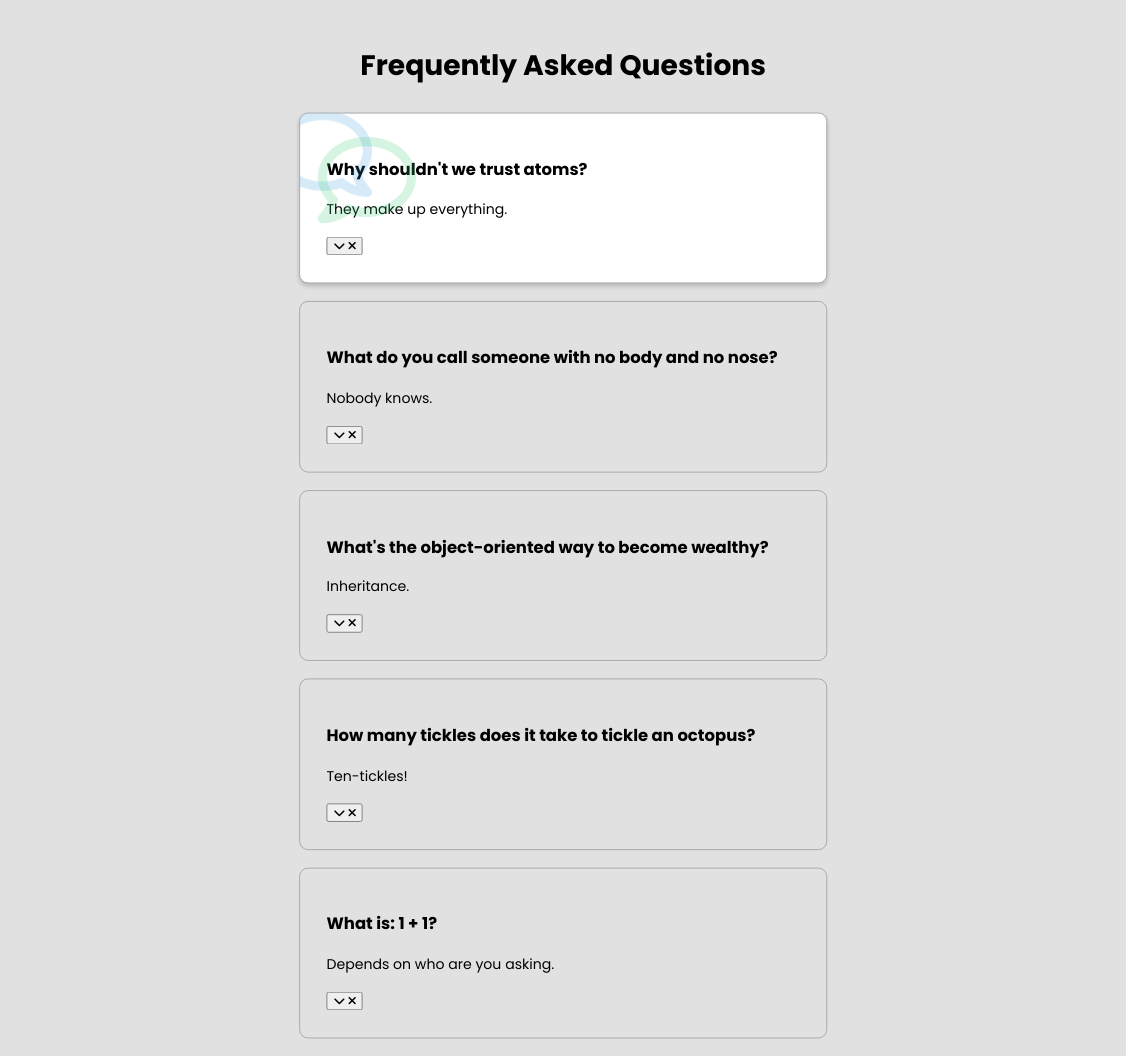
Repository: huynhvanngoan/50projectsin50days
Page: Day12/index.html
An editor plug-in stored every save of this project. The page is shown before and after the next save, followed by the edit.
The browser window is 1280 px wide. The pictures show the whole page, at 88% of full size.

Above is the page before, as saved 2022-11-14 23:14:56.

After the next save:
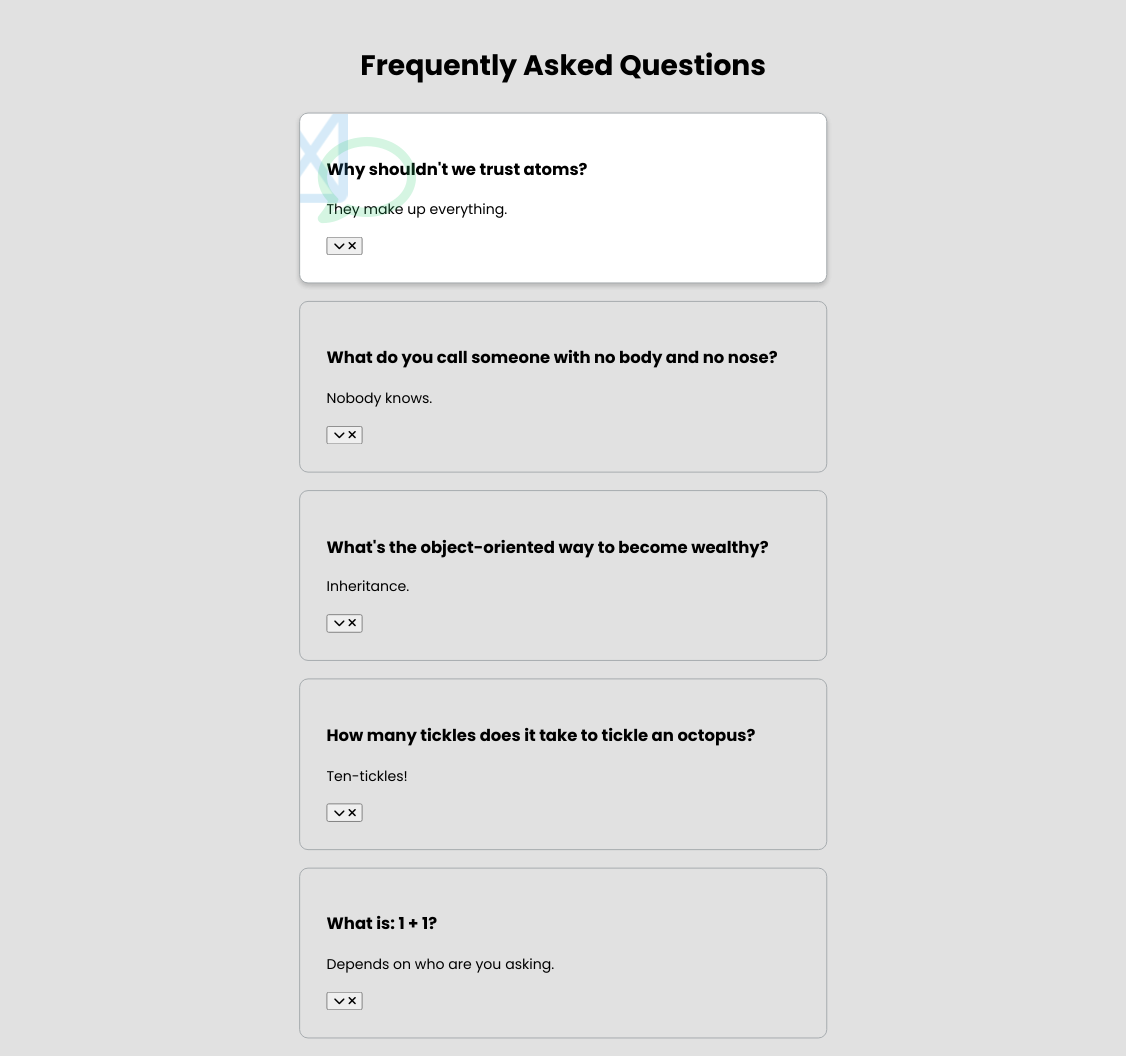
Saved 4 s later.
--- a/Day12/style.css
+++ b/Day12/style.css
@@ -44,7 +44,7 @@
     z-index: 0;
 }
 .faq.active::before{
-    content: '\f075';
+    content: '\f076';
     color: #3498db;
     top: -10px;
     left: -30px;

After the save that followed:
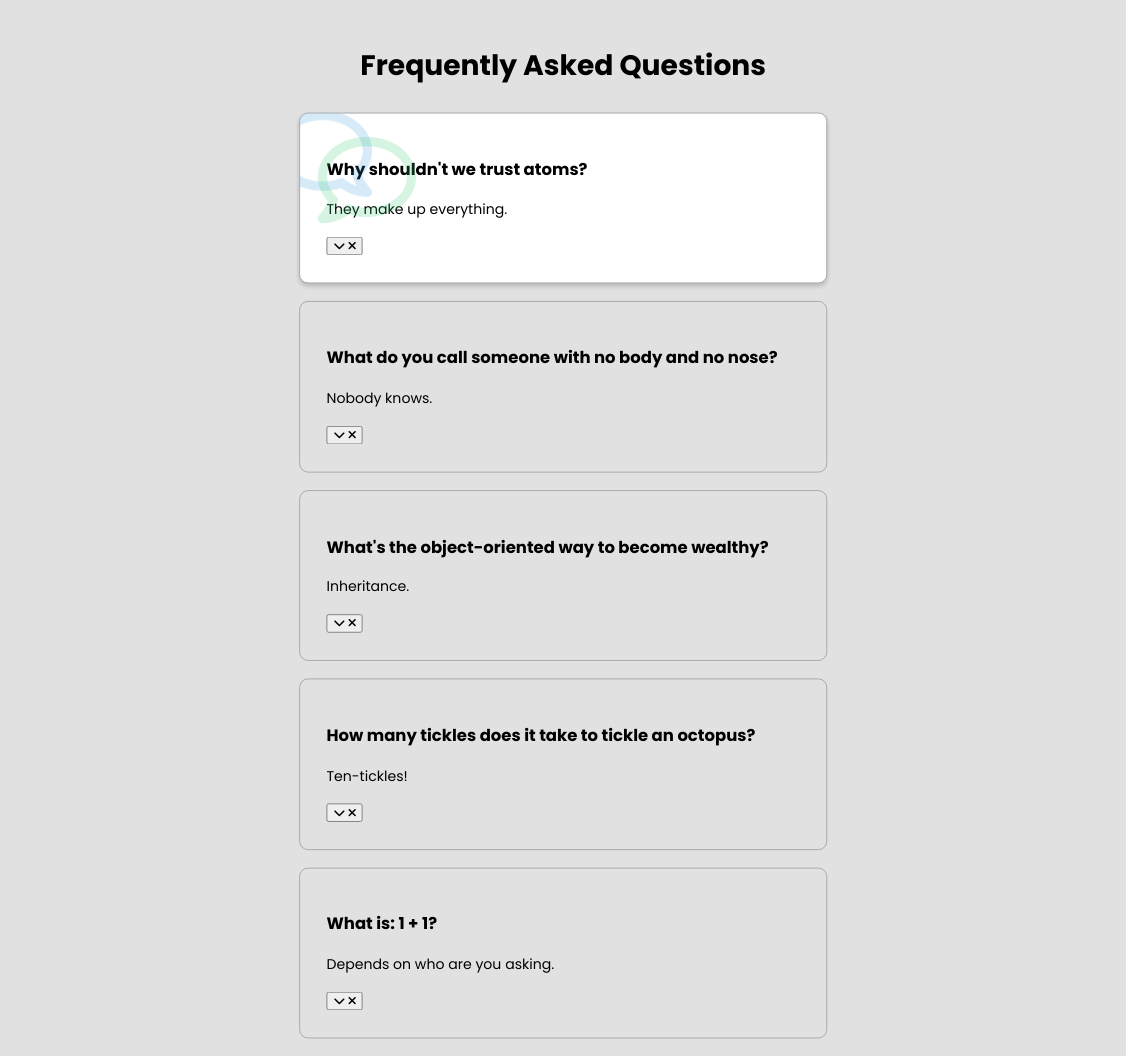
Saved 12 s later.
--- a/Day12/style.css
+++ b/Day12/style.css
@@ -44,7 +44,6 @@
     z-index: 0;
 }
 .faq.active::before{
-    content: '\f076';
     color: #3498db;
     top: -10px;
     left: -30px;
